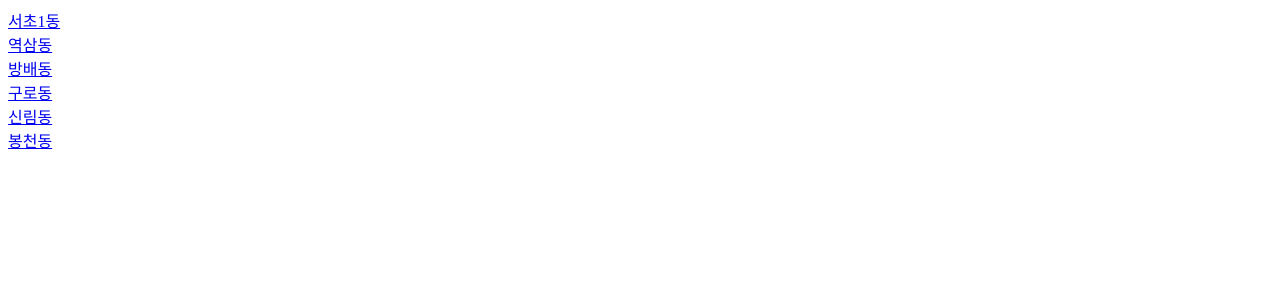
Repository: wishinghyun/multicampus
Page: webwork/clientweb/WebContent/js_bom/js_popup.html
The author's editor kept a copy of each file at every save. The page is drawn from the files as they stood at one save, then again after the next save.
The browser window is 1280 px wide. The pictures show the whole page.

Above is the page before, as saved 2020-01-08 04:42:56.

After the next save:
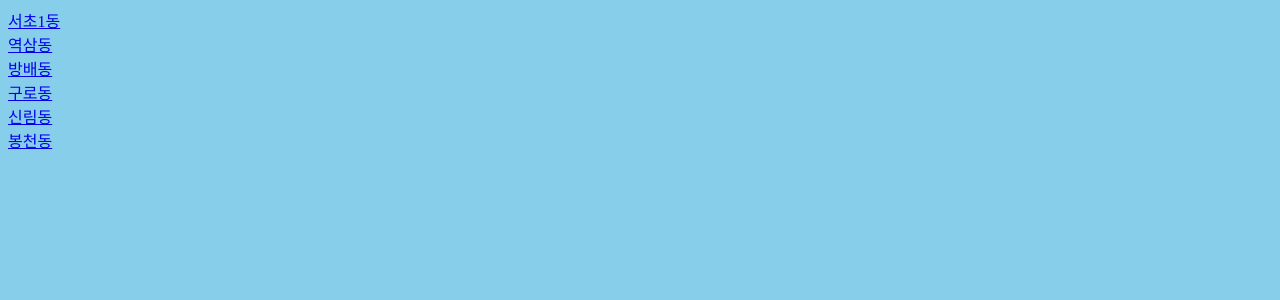
Saved 54 s later.
--- a/webwork/clientweb/WebContent/js_bom/js_popup.html
+++ b/webwork/clientweb/WebContent/js_bom/js_popup.html
@@ -4,7 +4,7 @@
 <meta charset="EUC-KR">
 <title>Insert title here</title>
 </head>
-<body>
+<body bgcolor="skyblue">
 	<a href="#">서초1동</a><br/>
 	<a href="#">역삼동</a><br/>
 	<a href="#">방배동</a><br/>
